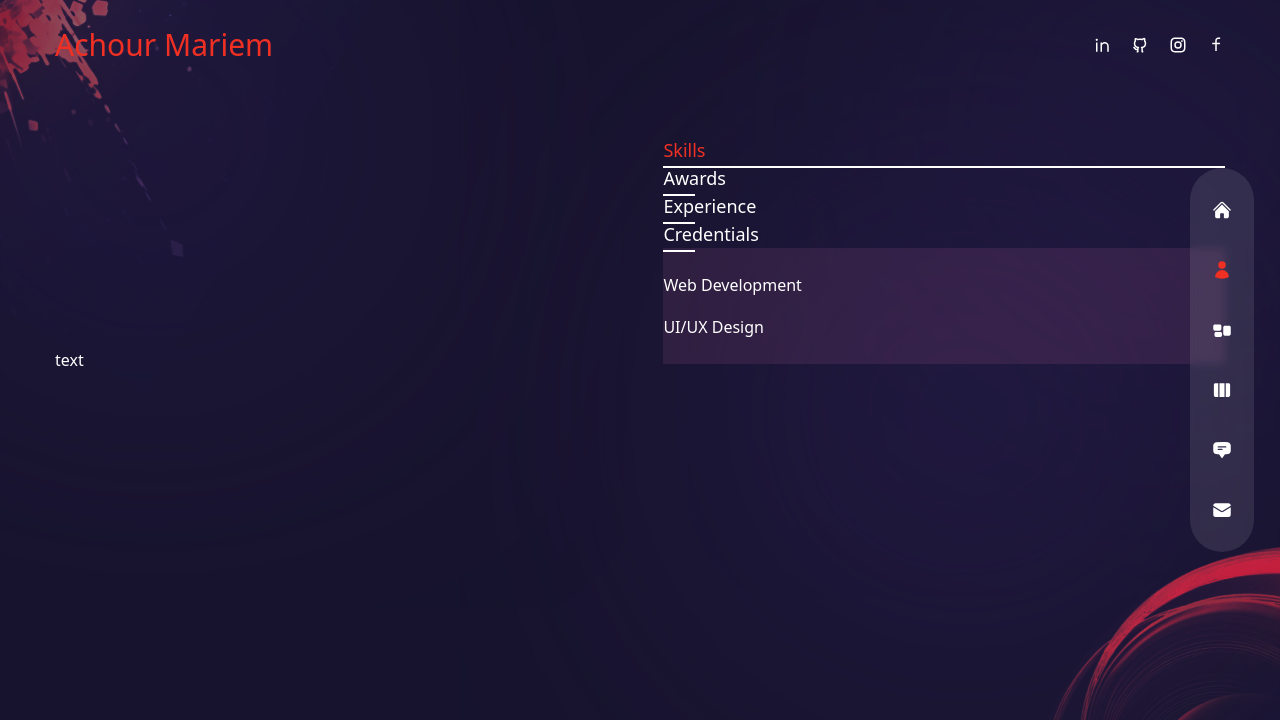
Repository: AchourMaryem/My-personal-portfolio
Page: /about
The author's editor kept a copy of each file at every save. The page is drawn from the files as they stood at one save, then again after the next save.
The browser window is 1280 px wide. The pictures show the whole page.
The project was rebuilt for these pictures with package versions that can differ from the ones it lists, and the page was loaded fresh each time. The framework's server and built-in components were replaced by stand-ins that run in the browser. Also part of the build but not shown: next.config.js.

Above is the page before, as saved 2023-09-22 02:17:52.

### pages/_app.js
import '../styles/globals.css';
import Layout from '../components/Layout';
import Transition from '../components/Transition';
import { useRouter } from 'next/router';
import { AnimatePresence, motion } from 'framer-motion';

function MyApp({ Component, pageProps }) {
  const router = useRouter();
  return(
  <Layout>
    <AnimatePresence mode='wait'>
      <motion.div key={router.route} className='h-full'>
        <Transition />
        <Component {...pageProps} />
      </motion.div>
  </AnimatePresence>
  </Layout>
  );
}

export default MyApp;

### pages/about/index.js
import React, { useState } from 'react';

// icons
import {
  FaHtml5,
  FaCss3,
  FaJs,
  FaReact,
  FaWordpress,
  FaFigma,
} from "react-icons/fa";

import {
  SiNextdotjs,
  SiFramer,
  SiAdobexd,
  SiAdobephotoshop,
} from "react-icons/si";


//  data
export const aboutData = [
  {
    title: 'skills',
    info: [
      {
        title: 'Web Development',
        icons: [
          <FaHtml5 />,
          <FaCss3 />,
          <FaJs />,
          <FaReact />,
          <SiNextdotjs />,
          <SiFramer />,
          <FaWordpress />,
        ],
      },
      {
        title: 'UI/UX Design',
        icons: [<FaFigma />, <SiAdobexd />, <SiAdobephotoshop />],
      },
    ],
  },
  {
    title: 'awards',
    info: [
      {
        title: 'Webby Awards - Honoree',
        stage: '2011 - 2012',
      },
      {
        title: 'Adobe Design Achievement Awards - Finalist',
        stage: '2009 - 2010',
      },
    ],
  },
  {
    title: 'experience',
    info: [
      {
        title: 'UX/UI Designer - XYZ Company',
        stage: '2012 - 2023',
      },
      {
        title: 'Web Developer - ABC Agency',
        stage: '2010 - 2012',
      },
      {
        title: 'Intern - DEF Corporation',
        stage: '2008 - 2010',
      },
    ],
  },
  {
    title: 'credentials',
    info: [
      {
        title: 'Web Development - ABC University, LA, CA',
        stage: '2011',
      },
      {
        title: 'Computer Science Diploma - AV Technical Institute',
        stage: '2009',
      },
      {
        title: 'Certified Graphic Designer - ABC Institute, Los Angeles, CA',
        stage: '2006',
      },
    ],
  },
];

import Avatar from '../../components/Avatar';
import Circles from '../../components/Circles';
import {motion} from 'framer-motion';
import {fadeIn} from '../../variants';

const About = () => {
  const [index,setIndex] = useState(0);
  return (
  <div className='h-full bg-primary/30 py-32 text-center xl:text-left'>
    <Circles />
    <motion.div
     variants={fadeIn('right',0.2)}
      initial="hidden"
      animate="show"
      exit="hidden"
      className='hidden xl:flex absolute bottom-0 -left-[370px]'>
<Avatar />
    </motion.div>
    <div className='container mx-auto h-full flex felx-col items-center xl:flex-row gap-x-6'>
      <div className='flex-1 flex flex-col justify-center'>text</div>
      <div className='flex flex-col w-full xl:max-w-[48%] h-[480px]'>
        <div className='flex gap-x-4 xl:gap-x-8 mx-auto xl:mx-0 mb-4'>
        </div>
        <div>
          {aboutData.map((item, itemIndex)=>{
            return (
              <div
              key={itemIndex}
              className={`${index === itemIndex && 'text-accent after:w-[100%] after:bg-accent after:transition-all after:duration-300'} cursor-pointer capitalize xl:text-lg relative after:w-8 after:h-[2px] after:bg-white after:absolute after:-bottom-1 after:left-0`}
           onClick={()=> setIndex(itemIndex)}
           >
              {item.title}
            </div>
            );
          })}
        </div>
        <div className='bg-pink-400/10 py-2 xl:py-6 flex flex-col gap-y-2 xl:gap-y-4 items-center xl:items-start'>
  {aboutData[index].info.map((item, itemIndex) => {
    return (
      <div key={itemIndex}>
        <div>{item.title}</div>
        <div className='hidden md:flex'></div>
      </div>
    );
  })}
</div>

      </div>
    </div>
  </div>
  );
};

export default About;

### styles/globals.css
@tailwind base;
@tailwind components;
@tailwind utilities;

.translate-z-0 {
  transform: translateZ(0px);
}
.swiper-horizontal > .swiper-pagination-bullets .swiper-pagination-bullet,
.swiper-pagination-horizontal.swiper-pagination-bullets
  .swiper-pagination-bullet {
  background-color: #f13024;
}

.swiper-button-next:after,
.swiper-button-prev:after,
.swiper-button-next:after,
.swiper-rtl .swiper-button-prev:after {
  color: #f13024;
}

@layer base {
  body {
    @apply bg-secondary overflow-hidden leading-relaxed;
  }
  .page {
    @apply w-full h-screen overflow-hidden;
  }
  .h1 {
    @apply text-[35px] leading-tight md:text-[60px] md:leading-[1.3] mb-8 font-semibold;
  }
  .h2 {
    @apply text-[35px] leading-tight md:text-[54px] md:leading-[1.3] mb-4 font-semibold;
  }
  p {
    @apply leading-[1.8] text-white/60 font-light;
  }
  .btn,
  .input {
    @apply h-[52px];
  }
  .input {
    @apply w-full h-[52px] rounded-lg pl-6 capitalize;
  }
  .input,
  .textarea {
    @apply bg-transparent outline-none focus:ring-1 focus:ring-accent border border-white/20 placeholder:text-white/30 placeholder:font-light;
  }
  .textarea {
    @apply w-full h-[180px] p-6 capitalize rounded-lg resize-none;
  }
  .scrollable-content {
    /* Modifier la couleur de la barre de défilement en gris */
    scrollbar-width: thin;
    scrollbar-color: gray gray; /* Couleur de la barre de défilement et du track (fond) */
  }

  .scrollable-content::-webkit-scrollbar {
    width: 6px; /* Largeur de la barre de défilement */
  }

  .scrollable-content::-webkit-scrollbar-thumb {
    background-color: gray; /* Couleur de la barre de défilement */
  }

}

### components/Layout.js
import {Sora} from '@next/font/google'


const sora = Sora({
  subsets:['latin'],
  variable:'--font-sora',
  weight:['100','200','300','400','500','600','700','800'],
});
import Nav from '../components/Nav'
import Header from '../components/Header'
import TopLeftImg from '../components/TopLeftImg'

const Layout = ({children}) => {
  return <div className={'page bg-site text-white bg-cover bg-no-repeat ${sora.variable} font-sora relative '}>
   <TopLeftImg />
    <Nav />
    <Header />
    {children}
  </div>;
};

export default Layout;

### components/Transition.js
import {motion} from 'framer-motion';

const transitionVariants = {
  initial: {
    x: '100%',
    width: '100%',
  },
  animate: {
    x: '0%',
    width: '0%',
  },
  exit: {
    x: ['0%', '100%'],
    width: ['0%', '100%'],
  },
};

const Transition = () => {
  return (
    <>
      <motion.div
        className='fixed top-0 bottom-0 right-full w-screen h-screen z-30 bg-[#2e2257]'
        variants={transitionVariants}
        initial='initial'
        animate='animate'
        exit='exit'
        transition={{ delay: 0.2, duration: 0.6, ease: 'easeInOut' }}
      >
      </motion.div>
      <motion.div
        className='fixed top-0 bottom-0 right-full w-screen h-screen z-20 bg-[#3b2d71]'
        variants={transitionVariants}
        initial='initial'
        animate='animate'
        exit='exit'
        transition={{ delay: 0.4, duration: 0.6, ease: 'easeInOut' }}
      >
      </motion.div>
      <motion.div
        className='fixed top-0 bottom-0 right-full w-screen h-screen z-10 bg-[#4b3792]'
        variants={transitionVariants}
        initial='initial'
        animate='animate'
        exit='exit'
        transition={{ delay: 0.6, duration: 0.6, ease: 'easeInOut' }}
      >
      </motion.div>
    </>
  );
};

export default Transition;

### components/Avatar.js
import Image from 'next/image';

const Avatar = () => {
  return (
  <div className='hidden xl:flex xl:max-w-none'>
<Image
src={'/imagee.png'}
width={737}
height={678}
 alt=""
className='translate-z-0 w-full h-full'/>
  </div>
);
};

export default Avatar;

### components/Circles.js
import Image from 'next/image';

const Circles = () => {
  return (
  <div className='w-[200px] xl:w-[300px] absolute -right-16 -bottom-2 mix-blend-color-dodge animate-pulse duration-75 z-10'>
    <Image src={'/circles.png'}
     width={260}
     height={200}
      className='w-full h-full'
    alt="" />
  </div>);
};

export default Circles;

### components/Nav.js
// icons
import {
  HiHome,
  HiUser,
  HiViewColumns,
  HiRectangleGroup,
  HiChatBubbleBottomCenterText,
  HiEnvelope,
} from 'react-icons/hi2';

// nav data
export const navData = [
  { name: 'home', path: '/', icon: <HiHome /> },
  { name: 'about', path: '/about', icon: <HiUser /> },
  { name: 'services', path: '/services', icon: <HiRectangleGroup /> },
  { name: 'work', path: '/work', icon: <HiViewColumns /> },
  {
    name: 'testimonials',
    path: '/testimonials',
    icon: <HiChatBubbleBottomCenterText />,
  },
  {
    name: 'contact',
    path: '/contact',
    icon: <HiEnvelope />,
  },
];
import Link from 'next/link';
import { useRouter } from 'next/router';
const Nav = () => {
  const router = useRouter();
  const pathname = router.pathname;
  return (
    <nav className='flex flex-col items-center xl:justify-center gap-y-4 fixed h-max bottom-0 mt-auto xl:right-[2%] z-50 top-0 w-full xl:w-16 xl:max-w-md xl:h-screen' >
      {/*inner*/}
      <div className='flex w-full xl:flex-col items-center justify-between xl:justify-center gap-y-10 px-4 md:px-40 xl:px-0 h-[80px] xl:h-max py-8 bg-white/10 backdrop-blur-sm text-3xl xl:text-xl xl:rounded-full '>
        {navData.map((link, index) => {
         return(
          <Link
          className={`${link.path === pathname && 'text-accent'} relative flex items-center group hover:text-accent transition-all duration-300`}
          href={link.path}
          key={index}
          >

          {/* tooltip */}
          <div className='absolute pr-14 right-0 hidden xl:group-hover:flex'>
          <div className='bg-white relative flex text-primary itemscenter p-[6px] rounded-[3px]'>
          <div className='text-[12px] leading-none font-semibold capitalize'>
            {link.name}
            </div>
         {/* triangle */}
         <div className='border-solid border-l-white border-l-8 border-y-transparent border-y-[6px] border-r-0 absolute -right-2'></div>

          </div>
          </div>
         <div> {link.icon}</div>

        </Link>
        );
})}
      </div>
    </nav>
  );
};

export default Nav;

### components/Header.js
import Image from "next/image";
import Link from "next/link";
import { useRouter } from 'next/router';

import Socials from '../components/Socials';
const Header = () => {
  const router = useRouter();

  return (
    <header className="absolute z-30 w-full flex items-center px-16 xl:px-0 xl:h-[90px]">
      <div className="container mx-auto">
        <div className="flex flex-col lg:flex-row justify-between items-center py-8">
          {router.pathname === '/' ? (
            <Link href="/"></Link>
          ) : (
         <Link href="/" className="text-3xl text-accent "  >Achour Mariem</Link>
          )}
            <Socials>Socials</Socials>
        </div>
          </div>
    </header>

  );
};

export default Header;

### components/TopLeftImg.js
import Image from "next/image";
const TopLeftImg = () => {
  return <div className="absolute left-0 top-0 mix-blend-color-dodge z-10 w-[200px] xl:w-[400px] opacity-50">
    <Image src='/top-left-img.png' width={400} height={400}  alt=""/>
  </div>;
};

export default TopLeftImg;

### components/Socials.js
import Link from "next/link";
import {
  RiLinkedinLine,
  RiGithubLine,
  RiInstagramLine,
  RiFacebookLine} from 'react-icons/ri'
const Socials = () => {
  return (
  <div className="flex items-center gap-x-5 text-lg">
    <Link href={'https://www.linkedin.com/in/mariem-achour-915469235/'} target="_blank" rel="noopener noreferrer" className="hover:text-accent transition-all duration-300">
      <RiLinkedinLine />
    </Link>
    <Link href={'https://github.com/AchourMaryem?tab=repositories'} target="_blank" rel="noopener noreferrer" className="hover:text-accent transition-all duration-300">
      <RiGithubLine />
    </Link>
    <Link href={'https://www.instagram.com/maryem_achouur/'} className="hover:text-accent transition-all duration-300"target="_blank" rel="noopener noreferrer">
      <RiInstagramLine />
    </Link>
    <Link href={'https://www.facebook.com/profile.php?id=100070889742279'} className="hover:text-accent transition-all duration-300" target="_blank" rel="noopener noreferrer">
      <RiFacebookLine />
    </Link>
  </div>
  );
};

export default Socials;

Loaded but not shown: variants.js (common file); tailwind.config.js (common file)

After the next save:
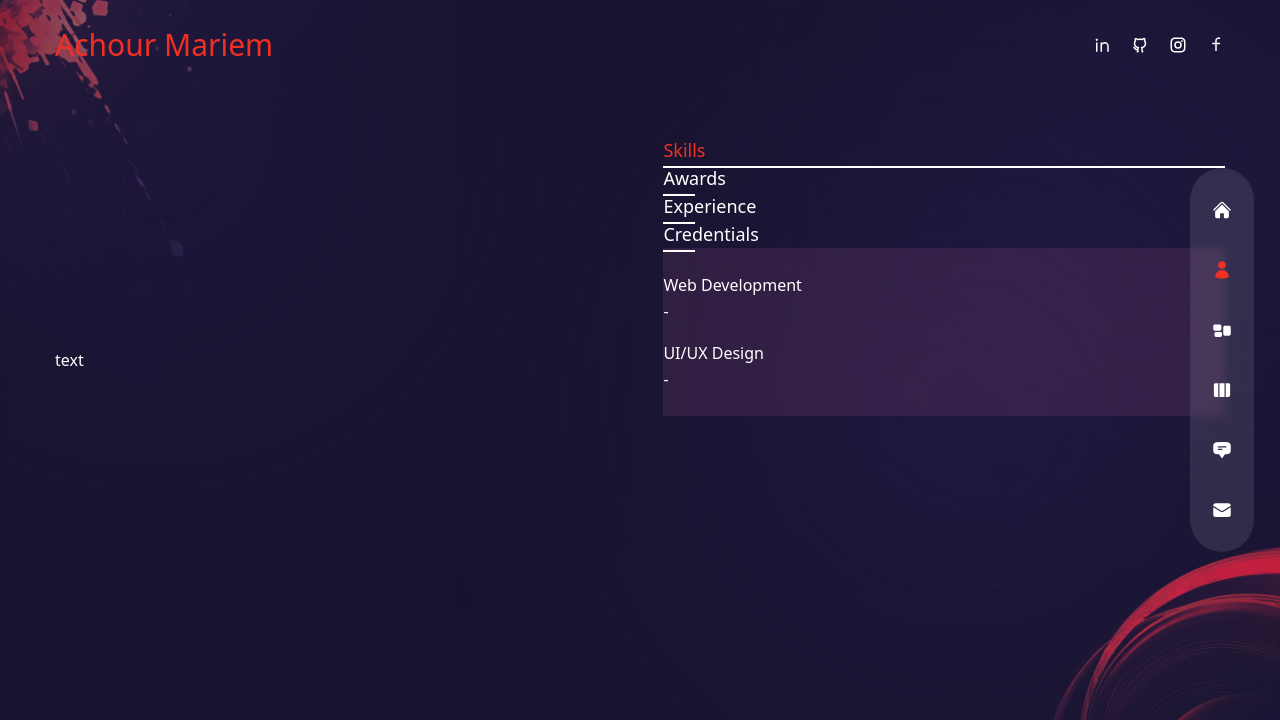
Saved 13 s later.
--- a/pages/about/index.js
+++ b/pages/about/index.js
@@ -131,7 +131,7 @@ const About = () => {
     return (
       <div key={itemIndex}>
         <div>{item.title}</div>
-        <div className='hidden md:flex'></div>
+        <div className='hidden md:flex'>-</div>
       </div>
     );
   })}
